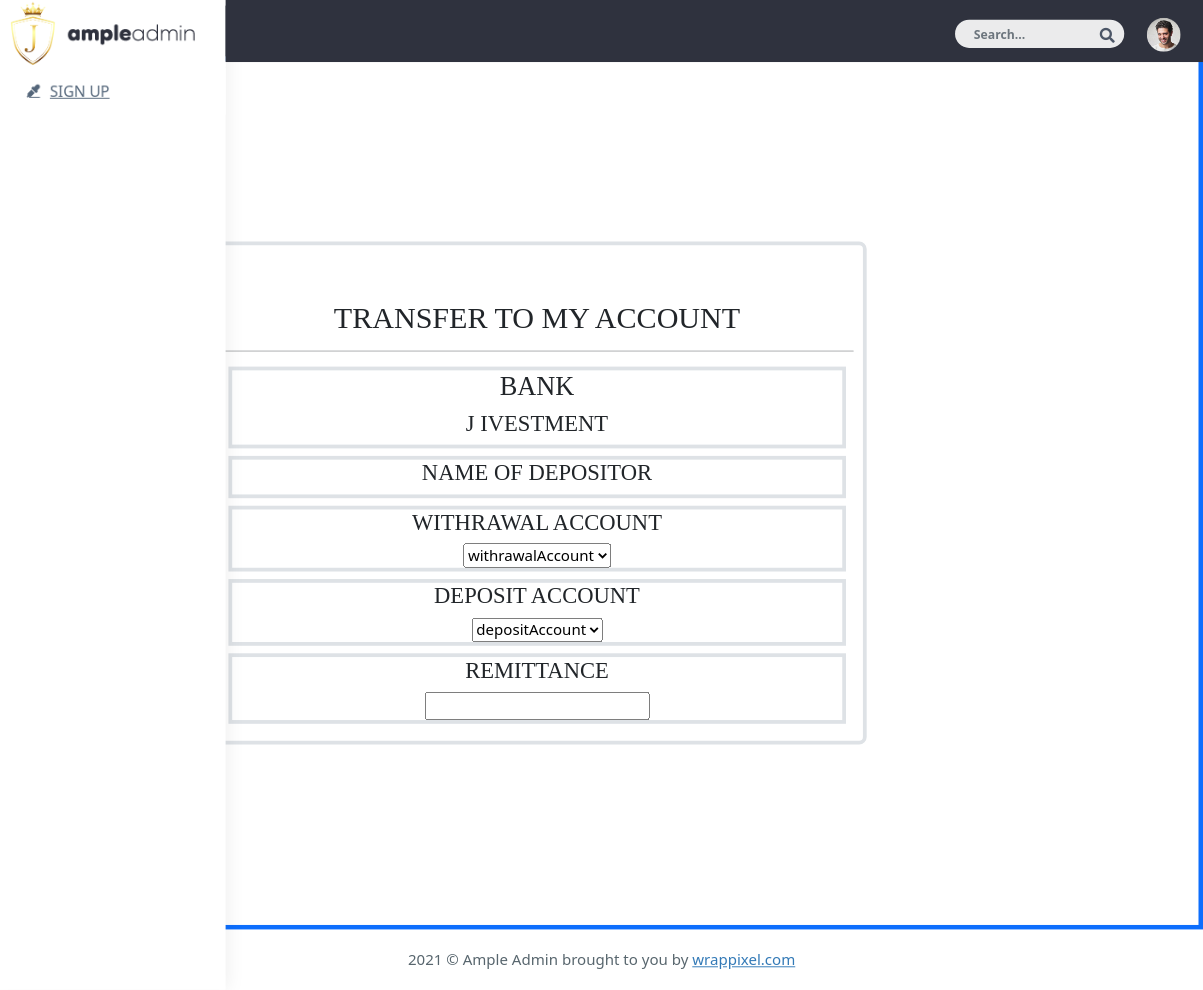
Repository: chopilyeon/HanaOpenBanking
Page: http://localhost/OpenBanking/jsp/bank/transferToMyAccount.jsp
An editor plug-in stored every save of this project. The page is shown before and after the next save, followed by the edit.
The browser window is 1280 px wide. The pictures show the whole page, at 94% of full size.
Some web fonts or font styles are not loaded; a fallback is used. The page is served by Tomcat 9.

Above is the page before, as saved 2022-07-17 09:37:11.
Console error: TypeError: Cannot read properties of null (reading 'querySelector')

After the next save:
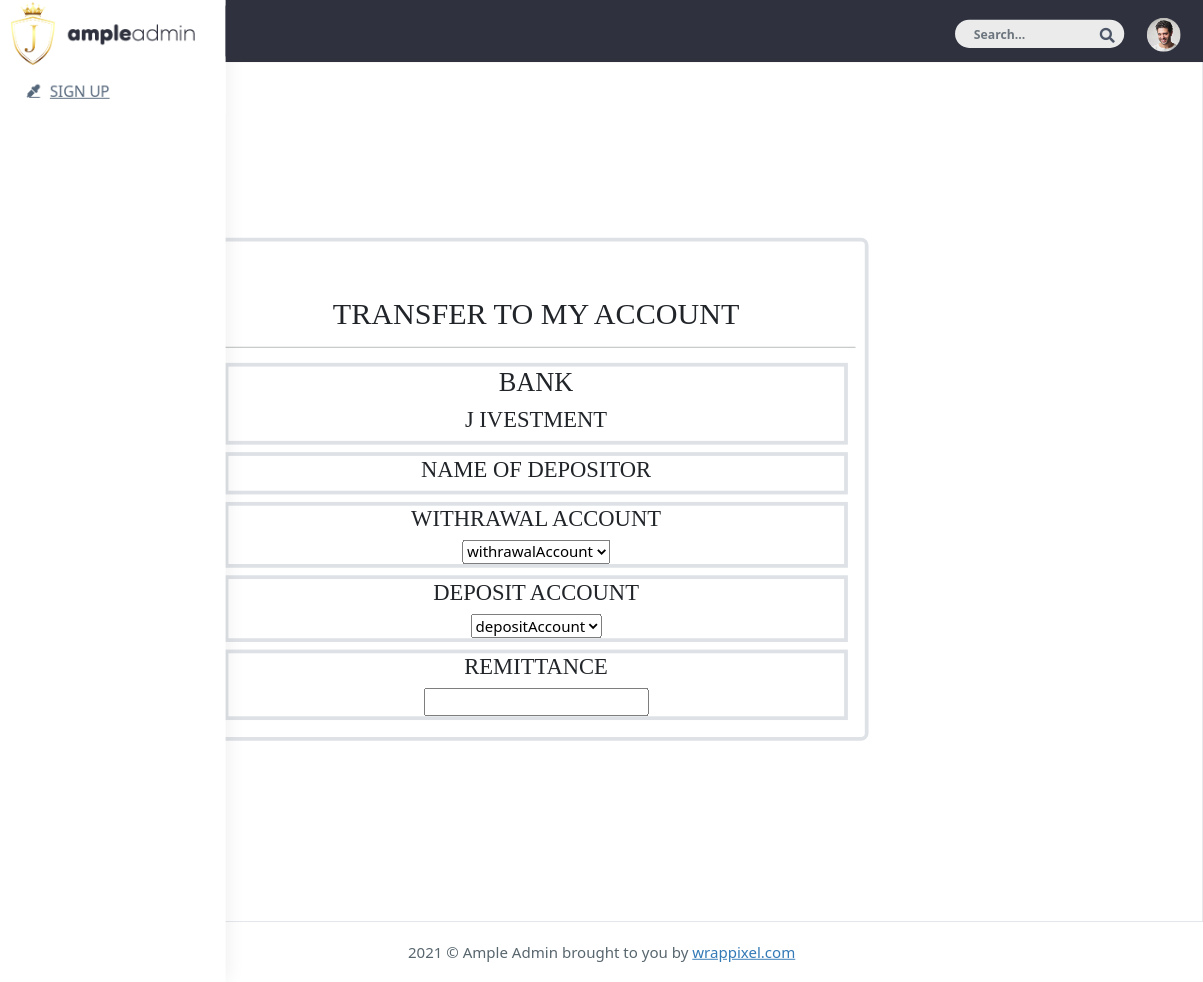
Saved 2 min 2 s later.
--- a/OpenBanking/src/main/webapp/jsp/bank/transferToMyAccount.jsp
+++ b/OpenBanking/src/main/webapp/jsp/bank/transferToMyAccount.jsp
@@ -46,7 +46,7 @@
 
 
 
-<form class="border border-primary border-5">
+<form class="border ">
 <input type="hidden" name ="depositName" value="${userVO.name}">
 <input type="hidden" name ="bankCode" value="20">
 	<div class="social-box m-5 p-5">
